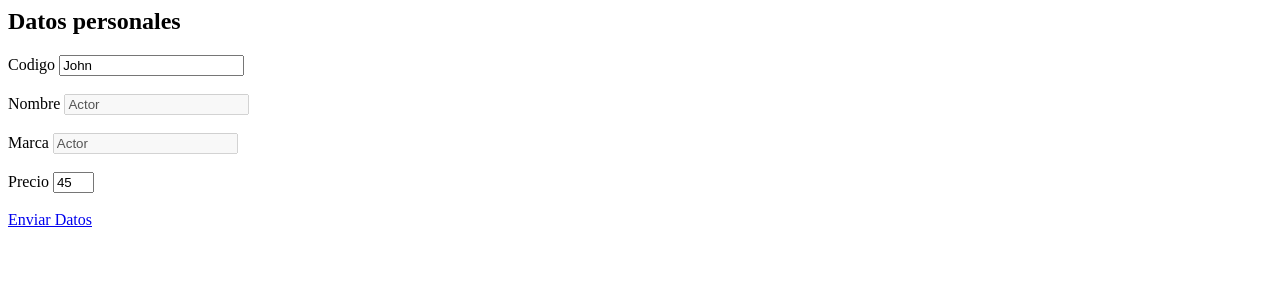
Repository: Alemartinez97/New-Repository
Page: programacion-3/tp3/formProducto.html
These files come from the project's save history. The page is drawn as it stood at one moment and after the next save; the edit follows.
The browser window is 1280 px wide. The pictures show the whole page.

Above is the page before, as saved 2020-06-04 17:59:16.

### programacion-3/tp3/formProducto.html
<html>
<head>
	<title>Cuadros de texto</title>
        <!--Esta línea a continuación sirve para que los caracteres
         como la ñ o tildes se visualicen correctamente-->
	<meta charset="UTF-8">
</head>
<body>
<!--Creamos una caja llamada contenedor. div es una etiqueta
contenedora que actúa como caja contenedora de otros elementos.
Cobra sentido con el uso de CSS-->
<div id="contenedor">
	<h2 id="encabezado">Datos personales</h2>
	<form id="formulario1">
		<label for="">Codigo</label>
        <input type="text" name="nombre" id="nombre" value="John"><br>
    </br>
        <label for="">Nombre</label>
        <input type="text" name="profesion" id="profesion" value="Actor" disabled="disabled"><br>
    </br>
		<label for="">Marca</label>
        <input type="text" name="profesion" id="profesion" value="Actor" disabled="disabled"><br>
    </br>
		<label for="">Precio</label>
        <input type="text" name="edad" id="edad" size="2" maxlength="2" value="45"><br>
</br>
        <a href="producto.html">Enviar Datos
        </a>
	</form>
</div>
</body>
</html>

After the next save:
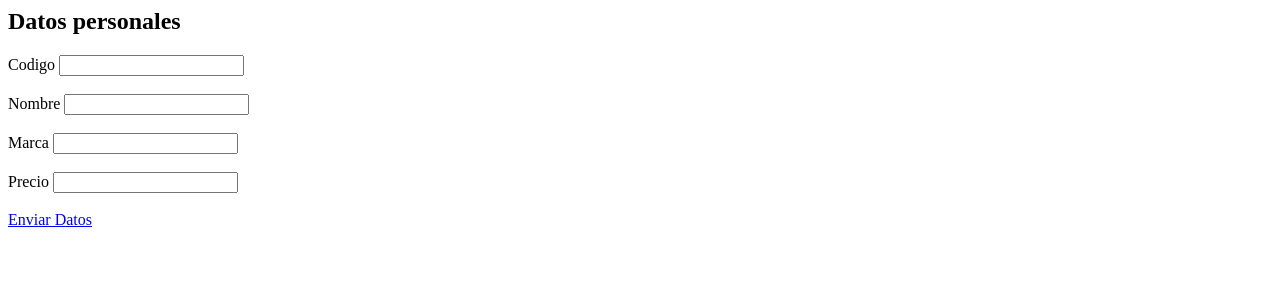
Saved 78 s later.
--- a/programacion-3/tp3/formProducto.html
+++ b/programacion-3/tp3/formProducto.html
@@ -13,16 +13,16 @@ Cobra sentido con el uso de CSS-->
 	<h2 id="encabezado">Datos personales</h2>
 	<form id="formulario1">
 		<label for="">Codigo</label>
-        <input type="text" name="nombre" id="nombre" value="John"><br>
+        <input type="text" ><br>
     </br>
         <label for="">Nombre</label>
-        <input type="text" name="profesion" id="profesion" value="Actor" disabled="disabled"><br>
+        <input type="text" ><br>
     </br>
 		<label for="">Marca</label>
-        <input type="text" name="profesion" id="profesion" value="Actor" disabled="disabled"><br>
+        <input type="text" ><br>
     </br>
 		<label for="">Precio</label>
-        <input type="text" name="edad" id="edad" size="2" maxlength="2" value="45"><br>
+        <input type="text" ><br>
 </br>
         <a href="producto.html">Enviar Datos
         </a>
